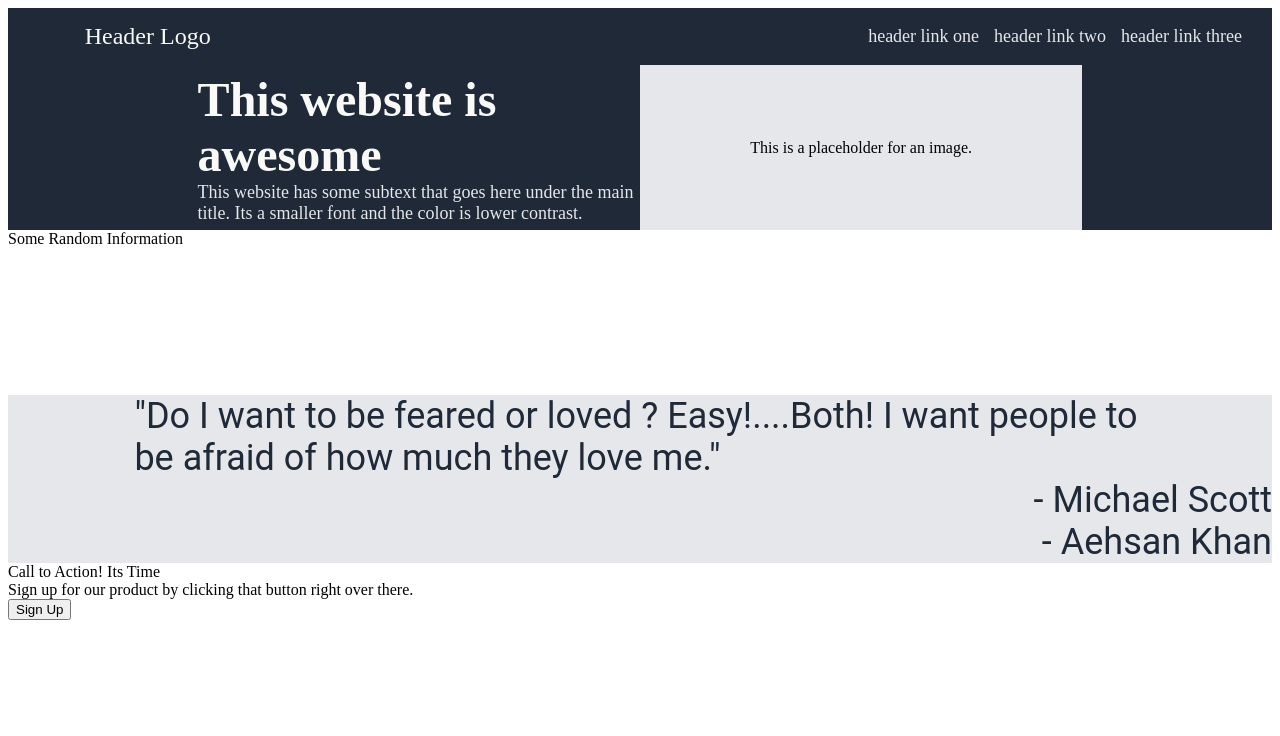
Repository: Aehsan4004/odinlandpage
Page: index.html
The author's editor kept a copy of each file at every save. The page is drawn from the files as they stood at one save, then again after the next save.
The browser window is 1280 px wide. The pictures show the whole page.

Above is the page before, as saved 2025-02-10 17:45:54.

After the next save:
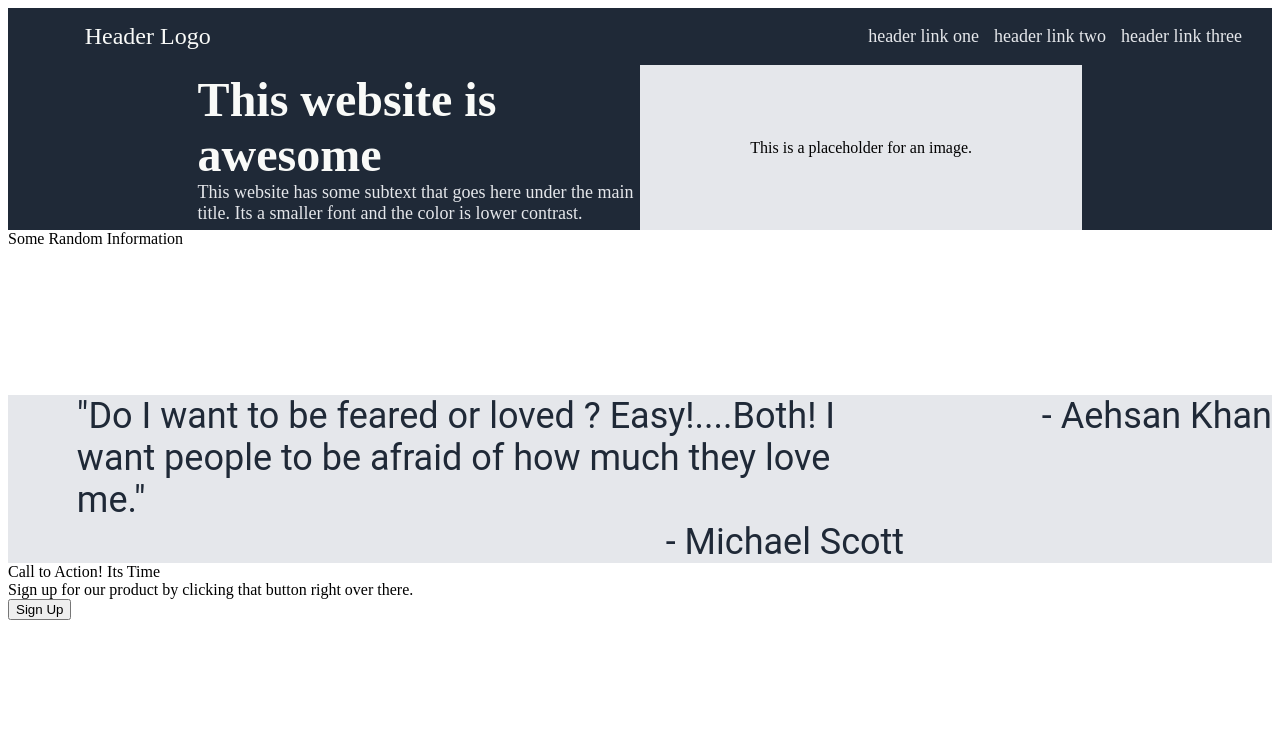
Saved 30 s later.
--- a/styles.css
+++ b/styles.css
@@ -95,7 +95,7 @@ ul {
 }
 
 .quote {
-    width: 80%;
+    width: 60%;
 }
 
 .quoter, .requoter {
